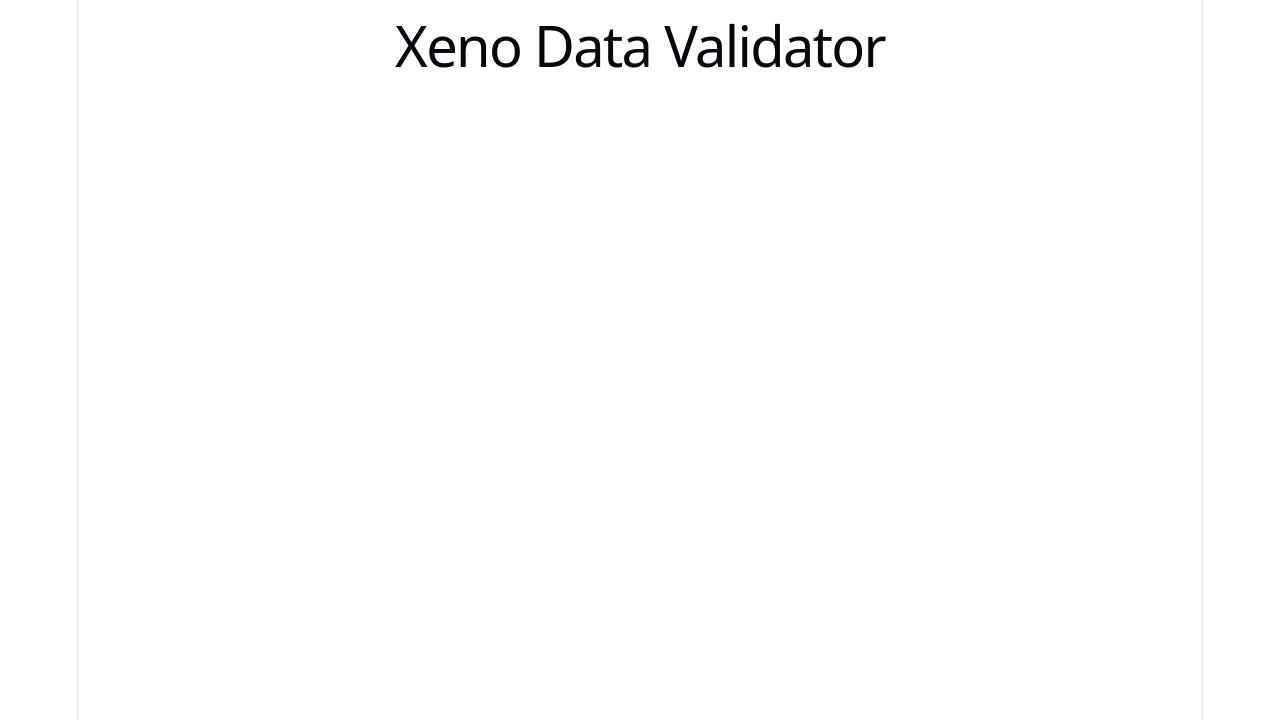
Repository: Aartigarg446/xeno-data-validator
Page: / (app in frontend/)
An editor plug-in stored every save of this project. The page is shown before and after the next save, followed by the edit.
The browser window is 1280 px wide. The pictures show the whole page.
The project was rebuilt for these pictures with package versions that can differ from the ones it lists, and the page was loaded fresh each time. Also part of the build but not shown: frontend/vite.config.js.

Above is the page before, as saved 2026-06-17 12:10:37.

After the next save:
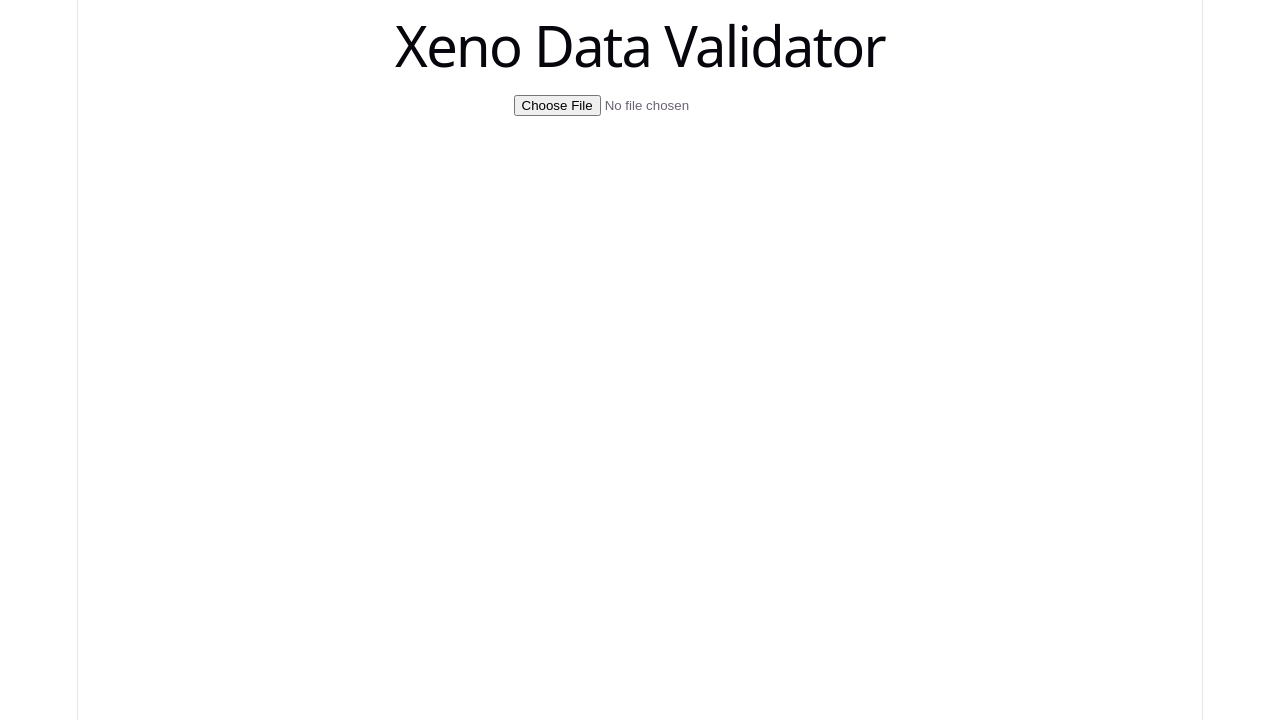
Saved 3 min 58 s later.
--- a/frontend/src/App.jsx
+++ b/frontend/src/App.jsx
@@ -1,7 +1,20 @@
+import { useState } from "react";
+
 function App() {
+
+  const [file, setFile] = useState(null);
+
   return (
     <div>
+
       <h1>Xeno Data Validator</h1>
+
+      <input
+        type="file"
+        accept=".csv"
+        onChange={(e) => setFile(e.target.files[0])}
+      />
+
     </div>
   );
 }
